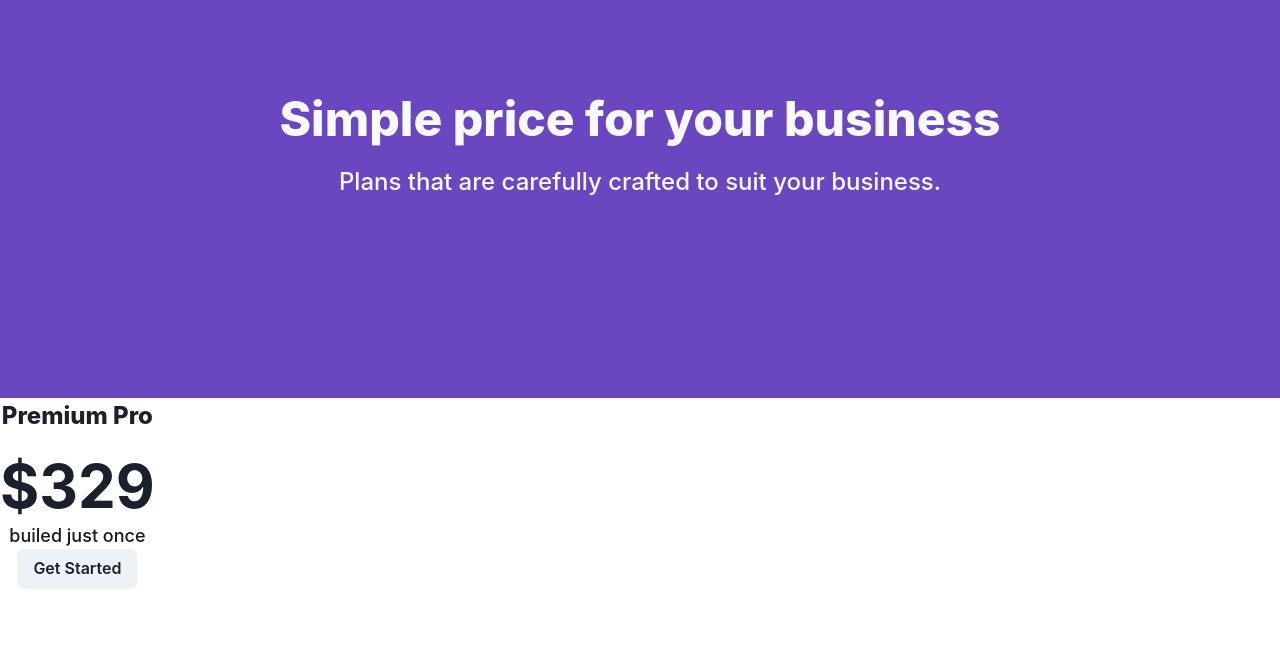
Repository: noutijo/learn-in-depth-chakra-ui
Page: /
An editor plug-in stored every save of this project. The page is shown before and after the next save, followed by the edit.
The browser window is 1280 px wide. The pictures show the whole page.
The project was rebuilt for these pictures with package versions that can differ from the ones it lists, and the page was loaded fresh each time. Also part of the build but not shown: vite.config.ts.

Above is the page before, as saved 2023-01-30 15:38:26.

After the next save:
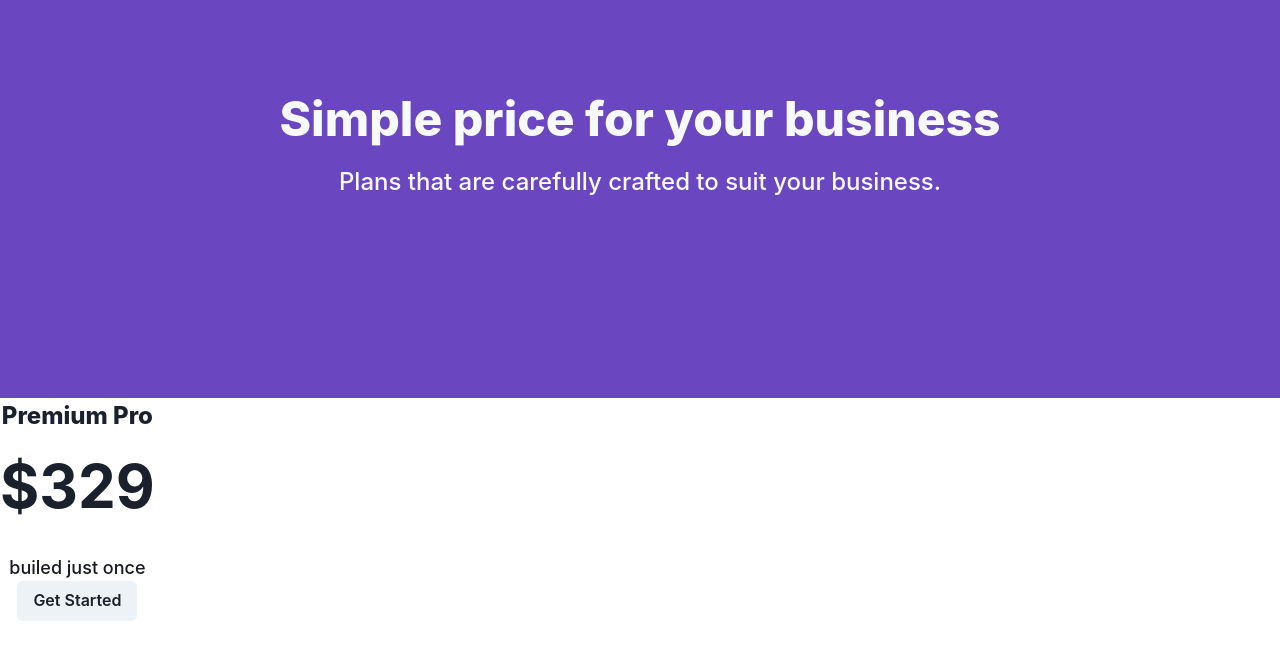
Saved 7 s later.
--- a/src/components/Pricing.tsx
+++ b/src/components/Pricing.tsx
@@ -8,7 +8,7 @@ export function Pricing() {
         <Box>
             <Text fontSize="24px" fontWeight="800">Premium Pro</Text>
             <Heading as="h3" fontSize="60px" mt="16px">$329</Heading>
-            <Text fontSize="18px" fontWeight="500" color="#171923" mt="">builed just once</Text>
+            <Text fontSize="18px" fontWeight="500" color="#171923" mt="8">builed just once</Text>
             <Button>Get Started</Button>
         </Box>
         <Box></Box>
